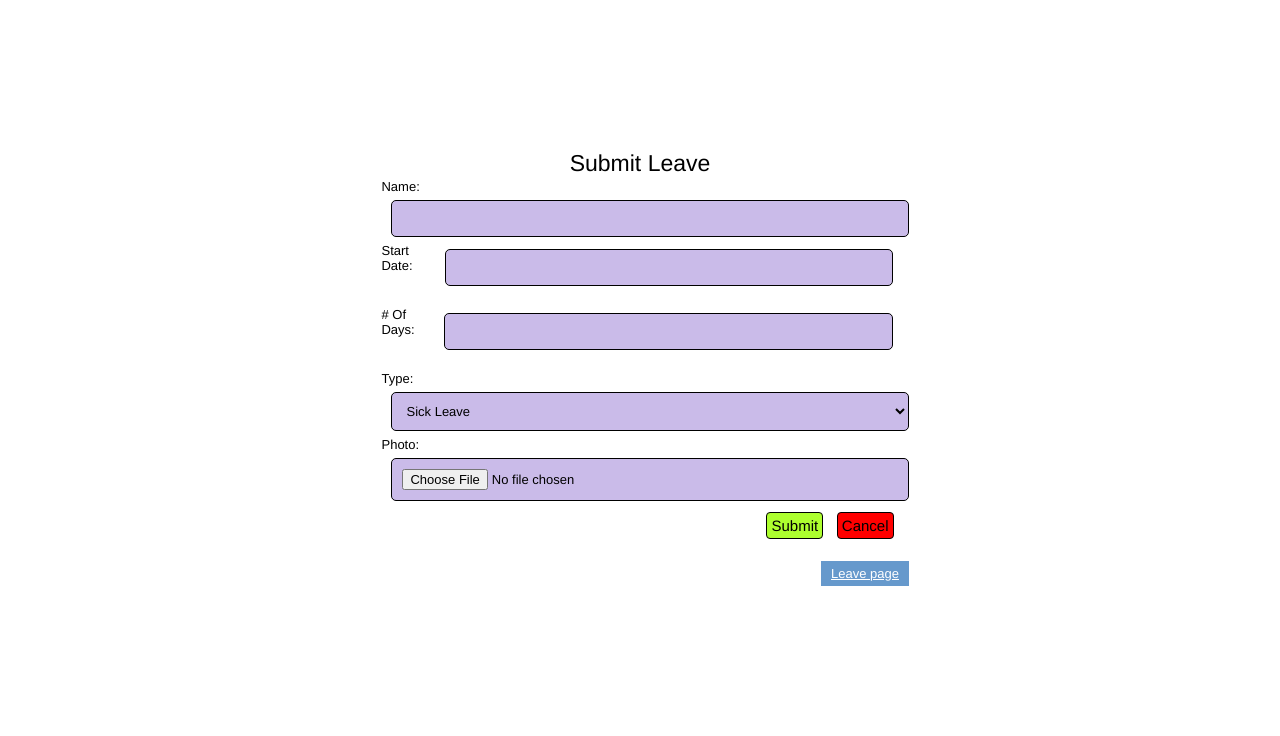
Repository: Murad71/BasicCRUD
Page: index.html
The author's editor kept a copy of each file at every save. The page is drawn from the files as they stood at one save, then again after the next save.
The browser window is 1280 px wide. The pictures show the whole page.

Above is the page before, as saved 2023-04-19 18:09:23.

### index.html
<!DOCTYPE html>
<html lang="en">
  <head>
    <meta charset="UTF-8" />
    <meta http-equiv="X-UA-Compatible" content="IE=edge" />
    <meta name="viewport" content="width=device-width, initial-scale=1.0" />
    <link rel="stylesheet" href="index.css" />
    <title>Leave Request</title>
  </head>
  <body>
    <div class="flex1">
      <form id="form1">
        <header>Submit Leave</header>
        <div class="container">
          <label for="name">Name:</label>
          <input type="text" id="name" name="name" />
          <br />
          <div class="date-container">
            <label for="startdate">Start Date:</label>
            <input type="text" id="startdate" name="startdate" />
          </div>
          <!-- <label for="startdate">Start Date:</label>
          <input type="text" id="startdate" name="startdate" /> -->
          <br />
          <div class="days-container">
            <label for="days"># Of Days:</label>
            <input type="text" id="days" name="days">
            <!-- <span class="max-days">max 7 days</span> -->
          </div>
          <!-- <label for="days"># Of Days:</label>
          <input type="text" id="days" name="days">
          <span class="max-days">(max 7 days)</span> -->
          <br />
          <label for="leaves">Type:</label>
          <select id="leave" name="leaves" required>
            <option value="Sick leave">Sick Leave</option>
            <option value="Early leave">Early Leave</option>
            <option value="Vacation leave">Vacation Leave</option>
            <option value="Other">Other</option>
          </select>
          <br />
          <label for="photo">Photo:</label>
          <input type="file" id="photo" name="photo"/>
          <div class="button-container">
            <input type="submit" value="Submit" id="submitButton"/>
            <input type="reset" value="Cancel" class="cancel" />
          </div>
        </div>
      </form>
      <div class="anchorContainer">
        <a href="index1.html"> Leave page</a>
        <!--Added the hyperlink here-->
      </div>
    </div>
    <script src="script.js"></script>
  </body>
</html>

### index.css
 *{
  box-sizing: border-box;
  font-family: "Franklin Gothic Medium", "Arial Narrow", Arial, sans-serif;
  font-size: small;
}

.days-container {
  display: flex;
  justify-content: space-between;
}
.date-container
{
  display: flex;
  justify-content: space-between;
}

.max-days {
  white-space: nowrap;
  margin-top: 15px;
  margin-left: 10px;
  color: red;
}

.flex1
{
  place-items: center;
  align-items: center;
  display: flex;
  justify-content: center;
  height: 100vh;
  flex-direction: column;
}

.container {
  background-color: white;
  /* padding: 5px 20px 15px 20px; */
  border: 2px solid white;
  /* flex-direction: column;  */
  margin-bottom: 15px;
  width: 100%;
  /* display: flex; */
}

header {
  font-size: 23px;
  text-align: center;
}

input[type="text"],
input[type="file"],
select,
textarea {
  width: 100%;
  padding: 10px;
  margin: 6px;
  border: 1px solid;
  border-radius: 5px;
  margin-left: 10px;
  background-color: #cabbe9;
}

.button-container {
  margin-left: 380px;
  /* text-align: right; */
}

input[type="submit"],
input[type="reset"] {
  font-size: 15px;
  border: 1px solid;
  margin: 5px;
  padding: 4px;
  background-color: greenyellow;
  border-radius: 4px;
}

input[type="reset"].cancel {
  background-color: red;
}

.anchorContainer {
  margin-left: 450px;
}

a {
  display: inline-block;
  background: #69c;
  color: #fff;
  padding: 5px 10px;
}


 @media only screen and (max-width: 768px) {
  .container {
    padding: 5px;
  }

  .button-container {
    margin-left: 0;
    text-align: center;
  }

  input[type="submit"],
  input[type="reset"] {
    display: block;
    margin: 10px auto;
  }

  .anchorContainer {
    margin-left: 0;
    text-align: center;
  }
}

@media only screen and (max-width: 576px) {
  input[type="text"],
  input[type="file"],
  select,
  textarea {
    font-size: 14px;
  }

  header {
    font-size: 20px;
  }

  input[type="submit"],
  input[type="reset"] {
    font-size: 14px;
    padding: 3px;
  }
}

### script.js
let storage=JSON.parse(localStorage.getItem('store')) || [];
let index=JSON.parse(localStorage.getItem('rIndex')) || null;
const submitButtonCatch=document.getElementById("submitButton");
const img= new Image();

//after clicking the submit button
submitButtonCatch.addEventListener("click",() =>{
    const form=document.getElementById("form1");
    let object={};
    let flag=true;

    object["id"]= Date.now();
    for(let i=0;i<form.length;i++)
    {
        if(form.elements[i].name=="photo")
        {
            object[form.elements[i].name]= img.src;
        }
        else
        {
            object[form.elements[i].name]=form.elements[i].value;
        }
        if(form.elements[i].value=='')
        {
            flag=false;
            alert("WARNING: Fill all the given Input correctly.");
            break;
        }
        if(form.elements[i].name=="days" && (form.elements[i].value>7 || form.elements[i].value<1))
        {
            flag=false;
            alert("WARNING: Enter a valid number for vacation");
            break;
        }
    }

    if(flag)
    {
        alert("Your data has been submitted Successfully!!");
        if(index!=null)
        {
            storage[index]=object;
            index=null;
        }
        else storage.push(object);


        localStorage.setItem('store',JSON.stringify(storage));
        localStorage.setItem('rIndex',JSON.stringify(index));
        form.reset();
    }
});


//base64 conversion
const fileEl= document.getElementById('photo');
fileEl.addEventListener('change', () =>{

    const fr= new FileReader();
    fr.readAsDataURL(fileEl.files[0]);

    fr.addEventListener('load', ()=>{

        const url= fr.result;
        img.src= url;

    });

});


console.log(storage);



// let submitButtonClicked=document.getElementById("submitButton");
// let indx=0;
// let flag= true;
// let obj={};

// submitButtonClicked.addEventListener('click',() =>{

//     const form= document.getElementById('form1');
//     obj["id"]= indx;
//     indx++;
//     for(let i=0; i<form.length; i++)
//     {
//         obj[form.elements[i].name]=form.elements[i].value;
//         if(form.elements[i].value=='')
//         {
//             flag=false;
//             alert("WARNING: Fill all the given Input correctly.");
//             break;
//         }
//         if(form.elements[i].name=="days" && (form.elements[i].value>7 || form.elements[i].value<1))
//         {
//             flag=false;
//             alert("WARNING: Enter a valid number for vacation");
//             break;
//         }
//     }

//     if(flag)
//     {
//         alert("Data entered successfully!");
//         insertData();
//     }

// });


// function intertData()
// {
//     const table = document.getElementsByClassName("tbody1")[0];
//           var row=document.createElement('tr');
//            row.innerHTML = `<td>${obj.name}</td>
//                 <td>${obj.startdate}</td>
//                 <td>${obj.days}</td>
//                 <td>${obj.leaves}</td>
//                 <td><img id="img" src=${obj.photo} alt=""></td>
//                 <td><a href="index.html" id="edit">Edit</a> <input type='button' value= 'Reject' name=${obj.id} id="reject"/></td>`;
//             table.appendChild(row);
// }

After the next save:
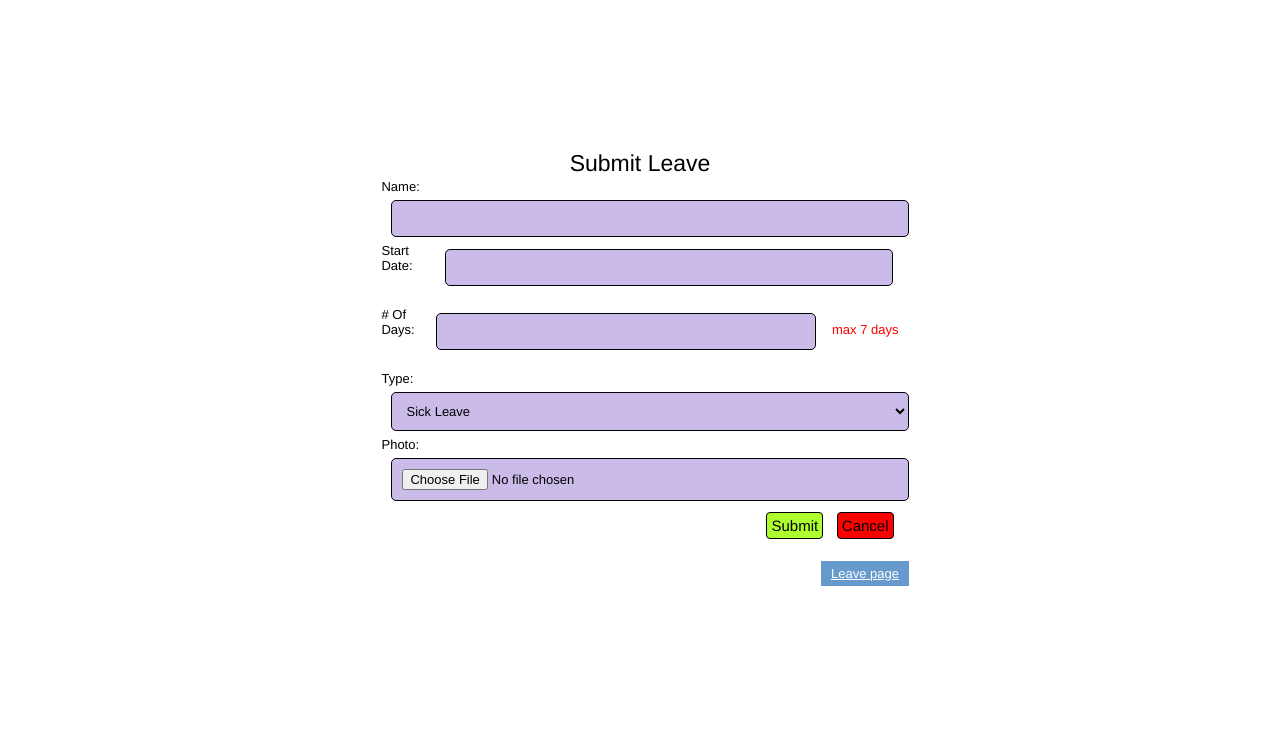
Saved 14 s later.
--- a/index.html
+++ b/index.html
@@ -25,7 +25,7 @@
           <div class="days-container">
             <label for="days"># Of Days:</label>
             <input type="text" id="days" name="days">
-            <!-- <span class="max-days">max 7 days</span> -->
+            <span class="max-days">max 7 days</span>
           </div>
           <!-- <label for="days"># Of Days:</label>
           <input type="text" id="days" name="days">
